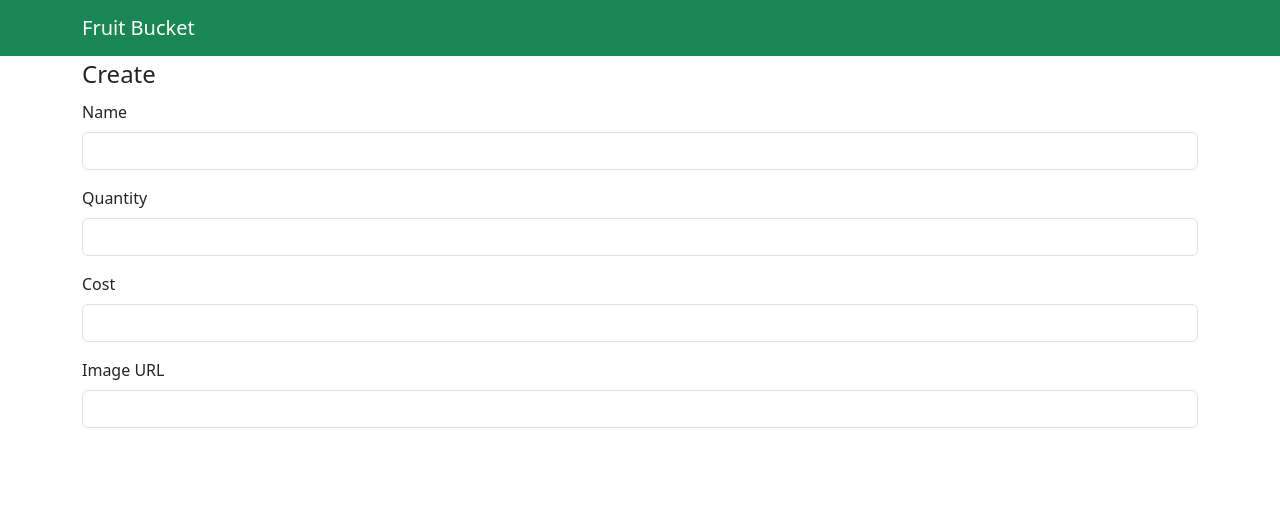
Repository: GustavoMSevero/react-18-crud
Page: /add-fruit
The author's editor kept a copy of each file at every save. The page is drawn from the files as they stood at one save, then again after the next save.
The browser window is 1280 px wide. The pictures show the whole page.
The project was rebuilt for these pictures with package versions that can differ from the ones it lists, and the page was loaded fresh each time. Also part of the build but not shown: src/App.css, src/pages/AllFruits.js.

Above is the page before, as saved 2024-09-03 19:02:42.

After the next save:
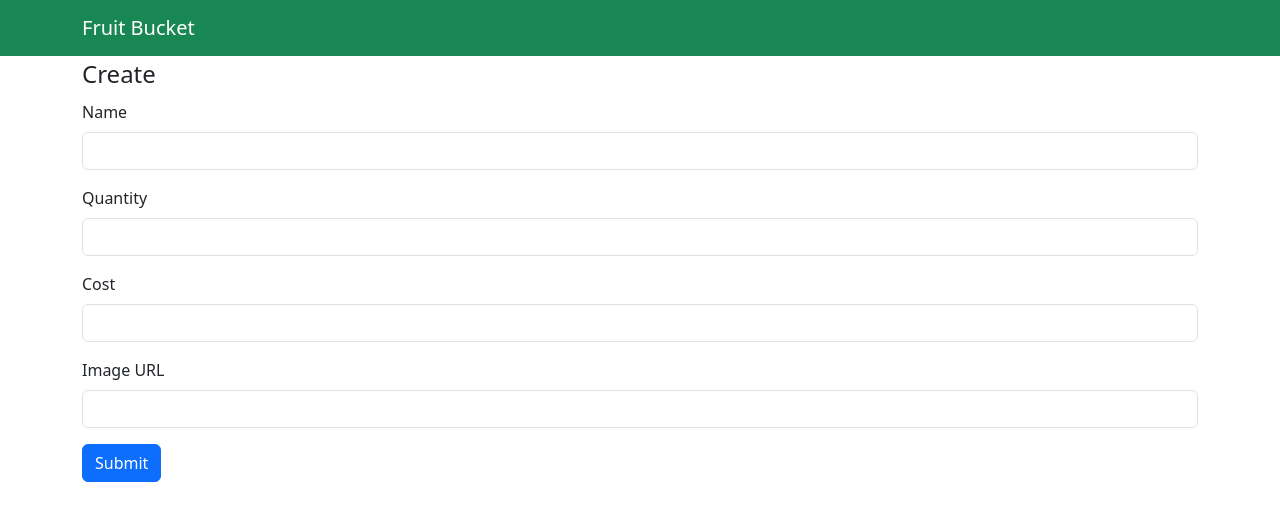
Saved 61 s later.
--- a/src/pages/AddFruit.js
+++ b/src/pages/AddFruit.js
@@ -1,4 +1,5 @@
 import Form from 'react-bootstrap/Form';
+import Button from 'react-bootstrap/Button';
 
 function AddFruit() {
     return (
@@ -21,6 +22,9 @@ function AddFruit() {
                 <Form.Label>Image URL</Form.Label>
                 <Form.Control type="text" />
             </Form.Group>
+            <Button variant="primary" type="submit">
+                Submit
+            </Button>
             </Form>
         </>
     );
